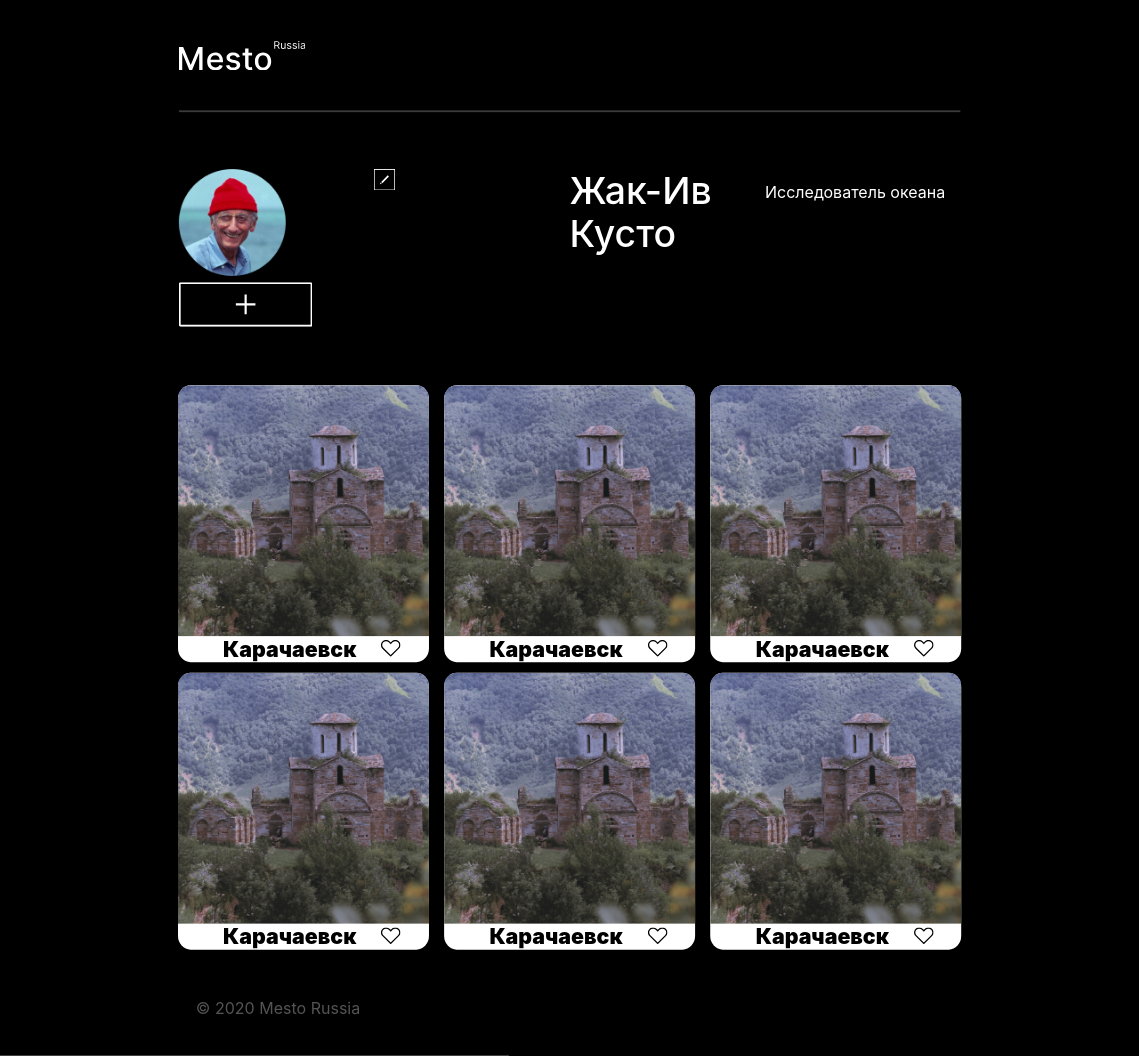
Repository: Ivan2399/mesto-project
Page: index.html
The author's editor kept a copy of each file at every save. The page is drawn from the files as they stood at one save, then again after the next save.
The browser window is 1280 px wide. The pictures show the whole page, at 89% of full size.

Above is the page before, as saved 2021-11-16 18:20:04.

### index.html
<!DOCTYPE html>
<html lang="ru">

<head>
    <meta charset="UTF-8">
    <meta http-equiv="X-UA-Compatible" content="IE=edge">
    <meta name="viewport" content="width=device-width, initial-scale=1.0">
    <link rel="stylesheet" href="./pages/index.css" />
    <title>Mesto</title>
</head>

<body class="root">
    <div class="page">
        <header class="header">
            <div class="header__container">
                <img class="header__logo" src="images/logo/Vector.svg" alt="Логотип">
                <div class="header__line"></div>
            </div>
        </header>
        <main class="content">
            <section class="profile profile__container_mobile" >
                    <div class="profile__avatar" alt="Аватарка"></div>
                    <h2 class="profile__nickname">Жак-Ив Кусто</h2>
                    <p class="profile__hobbyname">Исследователь океана</p>
                    <button class="profile__buttons_type_editig"></button>
                    <button class="profile__buttons_type_add"></button>
            </section>
            <section class="table">
                <div class="table__container table__container_mobile">
                    <div class="table__card">
                        <img class="table__image" src="images/table/Karachaevsk.png" alt="Крепость">
                        <h2 class="table__title">Карачаевск <img class="table__button table__button_active" src="images/buttons/Vector.svg" alt="Лайк"></h2>
                    </div>
                    <div class="table__card">
                        <img class="table__image" src="images/table/Karachaevsk.png" alt="Крепость">
                        <h2 class="table__title">Карачаевск <img class="table__button table__button_active" src="images/buttons/Vector.svg" alt="Лайк"></h2>
                    </div>
                    <div class="table__card">
                        <img class="table__image" src="images/table/Karachaevsk.png" alt="Крепость">
                        <h2 class="table__title">Карачаевск <img class="table__button table__button_active" src="images/buttons/Vector.svg" alt="Лайк"></h2>
                    </div>
                    <div class="table__card">
                        <img class="table__image" src="images/table/Karachaevsk.png" alt="Крепость">
                        <h2 class="table__title">Карачаевск <img class="table__button table__button_active" src="images/buttons/Vector.svg" alt="Лайк"></h2>
                    </div>
                    <div class="table__card">
                        <img class="table__image" src="images/table/Karachaevsk.png" alt="Крепость">
                        <h2 class="table__title">Карачаевск <img class="table__button table__button_active" src="images/buttons/Vector.svg" alt="Лайк"></h2>
                    </div>
                    <div class="table__card">
                        <img class="table__image" src="images/table/Karachaevsk.png" alt="Крепость">
                        <h2 class="table__title">Карачаевск <img class="table__button table__button_active" src="images/buttons/Vector.svg" alt="Лайк"></h2>
                    </div>
                </div>
            </section>
            <section class="footer">
                <h2 class="footer__logo">© 2020 Mesto Russia</h2>
            </section>
        </main>
    </div>
</body>

</html>

### pages/index.css
@import url(../blocks/root/root.css);
@import url(../blocks/page/page.css);
@import url(../blocks/content/content.css);

/* header */

@import url(../blocks/header/header.css);
@import url(../blocks/header/__container/header__container.css);
@import url(../blocks/header/__logo/header__logo.css);
@import url(../blocks/header/__line/header__line.css);

/* profile */

@import url(../blocks/profile/profile.css);
@import url(../blocks/profile/__avatar/profile__avatar.css);
@import url(../blocks/profile/__container/profile__container.css);
@import url(../blocks/profile/__buttons/profile__buttons.css);
@import url(../blocks/profile/__buttons/_type/profile__buttons_type_add.css);
@import url(../blocks/profile/__buttons/_type/profile__buttons_type_editig.css);
@import url(../blocks/profile/__hobbyname/profile__hobbyname.css);
@import url(../blocks/profile/__nickname/profile__nickname.css);
@import url(../blocks/profile/__container/_mobile/profile__container_mobile.css);

/* table */

@import url(../blocks/table/table.css);
@import url(../blocks/table/__button/table__button.css);
@import url(../blocks/table/__card/table__card.css);
@import url(../blocks/table/__container/table__container.css);
@import url(../blocks/table/__image/table__image.css);
@import url(../blocks/table/__title/table__title.css);
@import url(../blocks/table/__container/_mobile/table__container_mobile.css);
@import url(../blocks/table/__button/_active/table__button_active.css);

/* footer */

@import url(../blocks/footer/footer.css);
@import url(../blocks/footer/__logo/footer__logo.css);

### images/buttons/Vector.svg
<svg width="22" height="19" viewBox="0 0 22 19" fill="none" xmlns="http://www.w3.org/2000/svg">
<path d="M20.2991 9.78586C22.567 7.54338 22.567 3.90213 20.2991 1.68186C18.0311 -0.560619 14.3486 -0.560619 12.0806 1.68186L10.9804 2.792L9.88007 1.70406C7.61215 -0.560619 3.92957 -0.560619 1.6841 1.68186C0.583822 2.76979 0 4.21297 0 5.74496C0 7.27695 0.606277 8.72013 1.6841 9.80806L10.9804 19L20.2991 9.78586ZM1.4371 5.74496C1.4371 4.59042 1.8862 3.52469 2.71702 2.72539C3.5703 1.88168 4.67058 1.45983 5.77086 1.45983C6.87114 1.45983 7.97142 1.88168 8.8247 2.72539L10.9804 4.83465L13.136 2.70318C14.8201 1.03798 17.582 1.03798 19.2437 2.70318C20.0521 3.50248 20.5236 4.56821 20.5236 5.72276C20.5236 6.8773 20.0745 7.94303 19.2437 8.74233L10.9804 16.9351L2.71702 8.76453C1.90865 7.94303 1.4371 6.8773 1.4371 5.74496Z" fill="black"/>
</svg>

### blocks/root/root.css
.root{
    margin: 0;
    padding: 0;
    font-family: "Inter";
    color: #FFFFFF;
}
h1,h2,h3,h4,h5,h6,p{
    margin: 0;
    padding: 0;
    font-family: "Inter";
    color: #FFFFFF;
}

### blocks/page/page.css
.page {
  background-color: #000000;
  max-width: 1280px;
  margin: auto;
}

### blocks/header/header.css
.header{
    display: grid;
}

### blocks/header/__container/header__container.css
.header__container {
  margin: 0 15.7% 0 15.7%;
  max-width: 880px;
  width: 68.6%;
}

### blocks/header/__logo/header__logo.css
.header__logo{
    margin: 5.2% 0 4.7% 0;
}
@media screen and (min-width:300px) and (max-width:600px){
    .header__logo{
        width:103.74px;
        height:24.24px;
    }
}

### blocks/header/__line/header__line.css
.header__line{
    border: 1px solid #545454;
    opacity: 0.7;
}

### blocks/profile/profile.css
.profile {
  display: grid;
  grid-template-columns: repeat(2,1fr);
  margin: 5% 15.7% 0 15.7%;
  max-width: 880px;
  width: 68.6%;
}

### blocks/profile/__avatar/profile__avatar.css
.profile__avatar{
    width:168.75px;
    height:127.5px;
    background-image: url(../../../images/avatar/Avatar.png);
    background-repeat: no-repeat;
}

### blocks/profile/__container/profile__container.css
.profile__container {
  display: flex;
  align-items: center;
  flex-direction: row;
  flex-wrap: wrap;
}

### blocks/profile/__buttons/profile__buttons.css
.profile__buttons{
    display: flex;
    flex-direction: row;
    justify-content: space-between;
    align-items: center;
}

### blocks/profile/__buttons/_type/profile__buttons_type_add.css
.profile__buttons_type_add {
  width: 150px;
  height: 50px;
  background-image: url(../../../../images/buttons/Add\ Button.svg);
  background-color: black;
  border: none;
  background-size: cover;
  background-repeat: no-repeat;

  margin-bottom: 6.7%;
}
.profile__buttons_type_add:hover {
  opacity: 0.6;
  border: 2px solid #ffffff;
  box-sizing: border-box;
  border-radius: 2px;
}

### blocks/profile/__buttons/_type/profile__buttons_type_editig.css
.profile__buttons_type_editig {
  width: 24px;
  height: 24px;
  background-image: url(../../../../images/buttons/Edit\ Button.svg);
  background-color: black;
  border: none;
  background-size: cover;
  background-repeat: no-repeat;
  margin-bottom: 6.7%;
  grid-column: 2;
  grid-row: 1;
}
.profile__buttons_type_editig:hover {
  border: 1px solid #ffffff;
  box-sizing: border-box;
}

### blocks/profile/__hobbyname/profile__hobbyname.css
.profile__hobbyname {
  font-style: normal;
  font-weight: normal;
  font-size: 18px;
  line-height: 22px;

  padding-top: 6.7%;
}

### blocks/profile/__nickname/profile__nickname.css
.profile__nickname {
  font-style: normal;
  font-weight: 500;
  font-size: 42px;
  line-height: 48px;
}

### blocks/profile/__container/_mobile/profile__container_mobile.css
.profile__container_mobile{
    grid-template-columns: repeat(auto-fit,minmax(200px,1fr));
}

### blocks/table/table.css
.table{
    max-width:880px;
    margin:4% auto 0;
}

### blocks/table/__button/table__button.css
.table__button {
  width: 22px;
  height: 19px;
  /* background-image: url(../../../images/buttons/Vector.svg);
  border: none;
  background-color: white;
  background-size: cover;
  background-repeat: no-repeat; */
  align-self: flex-end;
  margin-left: 10%;
}
.table__button:hover {
  color: #000000;
  opacity: 0.5;
}

### blocks/table/__card/table__card.css
.table__card{
    max-width: 282px;
    background-color: white;

    border-radius: 5%;

    display: flex;
    flex-direction: column;
}

### blocks/table/__container/table__container.css
.table__container{
    display: grid;
    grid-template-columns: repeat(3,1fr);
    gap:2%;
}

### blocks/table/__image/table__image.css
.table__image{
    max-width: 282px;
    max-height: 282px;
    border-radius: 5% 5% 0 0 ;
}

### blocks/table/__title/table__title.css
.table__title {
  max-width: 246px;
  font-style: normal;
  font-weight: 900;
  font-size: 24px;
  line-height: 29px;

  margin-left: 18%;
  color: #000000;
}

### blocks/table/__container/_mobile/table__container_mobile.css
.table__container_mobile{
    grid-template-columns: repeat(auto-fit, minmax(280px, 1fr));
}

### blocks/table/__button/_active/table__button_active.css
.table__button_active:active{
    background-image: url(../../../../images/buttons/Union.png);
    color: black;
}

### blocks/footer/footer.css
.footer{
    max-width: 840px;
    margin: auto;
}

### blocks/footer/__logo/footer__logo.css
.footer__logo {
  font-style: normal;
  font-weight: normal;
  font-size: 18px;
  line-height: 22px;

  color: #545454;
  margin-top: 8%;
  padding-bottom: 5%;
}

Loaded but not shown: blocks/content/content.css (no stored copy; drawn as an empty file)

After the next save:
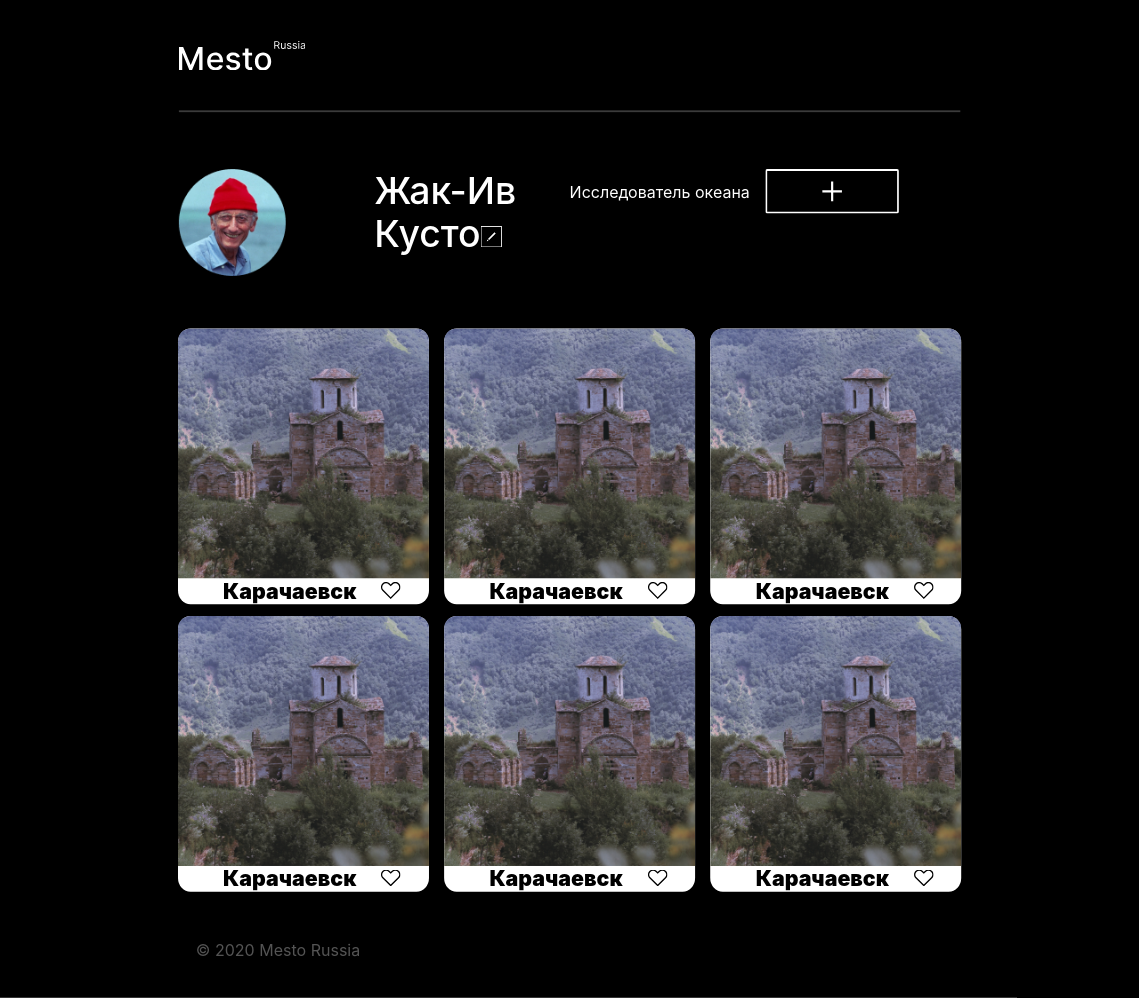
Saved 40 s later.
--- a/index.html
+++ b/index.html
@@ -18,38 +18,44 @@
             </div>
         </header>
         <main class="content">
-            <section class="profile profile__container_mobile" >
-                    <div class="profile__avatar" alt="Аватарка"></div>
-                    <h2 class="profile__nickname">Жак-Ив Кусто</h2>
-                    <p class="profile__hobbyname">Исследователь океана</p>
-                    <button class="profile__buttons_type_editig"></button>
-                    <button class="profile__buttons_type_add"></button>
+            <section class="profile profile__container_mobile">
+                <div class="profile__avatar" alt="Аватарка"></div>
+                <h2 class="profile__nickname">Жак-Ив Кусто<button class="profile__buttons_type_editig"></button></h2>
+                <p class="profile__hobbyname">Исследователь океана</p>
+
+                <button class="profile__buttons_type_add"></button>
             </section>
             <section class="table">
                 <div class="table__container table__container_mobile">
                     <div class="table__card">
                         <img class="table__image" src="images/table/Karachaevsk.png" alt="Крепость">
-                        <h2 class="table__title">Карачаевск <img class="table__button table__button_active" src="images/buttons/Vector.svg" alt="Лайк"></h2>
+                        <h2 class="table__title">Карачаевск <img class="table__button table__button_active"
+                                src="images/buttons/Vector.svg" alt="Лайк"></h2>
                     </div>
                     <div class="table__card">
                         <img class="table__image" src="images/table/Karachaevsk.png" alt="Крепость">
-                        <h2 class="table__title">Карачаевск <img class="table__button table__button_active" src="images/buttons/Vector.svg" alt="Лайк"></h2>
+                        <h2 class="table__title">Карачаевск <img class="table__button table__button_active"
+                                src="images/buttons/Vector.svg" alt="Лайк"></h2>
                     </div>
                     <div class="table__card">
                         <img class="table__image" src="images/table/Karachaevsk.png" alt="Крепость">
-                        <h2 class="table__title">Карачаевск <img class="table__button table__button_active" src="images/buttons/Vector.svg" alt="Лайк"></h2>
+                        <h2 class="table__title">Карачаевск <img class="table__button table__button_active"
+                                src="images/buttons/Vector.svg" alt="Лайк"></h2>
                     </div>
                     <div class="table__card">
                         <img class="table__image" src="images/table/Karachaevsk.png" alt="Крепость">
-                        <h2 class="table__title">Карачаевск <img class="table__button table__button_active" src="images/buttons/Vector.svg" alt="Лайк"></h2>
+                        <h2 class="table__title">Карачаевск <img class="table__button table__button_active"
+                                src="images/buttons/Vector.svg" alt="Лайк"></h2>
                     </div>
                     <div class="table__card">
                         <img class="table__image" src="images/table/Karachaevsk.png" alt="Крепость">
-                        <h2 class="table__title">Карачаевск <img class="table__button table__button_active" src="images/buttons/Vector.svg" alt="Лайк"></h2>
+                        <h2 class="table__title">Карачаевск <img class="table__button table__button_active"
+                                src="images/buttons/Vector.svg" alt="Лайк"></h2>
                     </div>
                     <div class="table__card">
                         <img class="table__image" src="images/table/Karachaevsk.png" alt="Крепость">
-                        <h2 class="table__title">Карачаевск <img class="table__button table__button_active" src="images/buttons/Vector.svg" alt="Лайк"></h2>
+                        <h2 class="table__title">Карачаевск <img class="table__button table__button_active"
+                                src="images/buttons/Vector.svg" alt="Лайк"></h2>
                     </div>
                 </div>
             </section>
